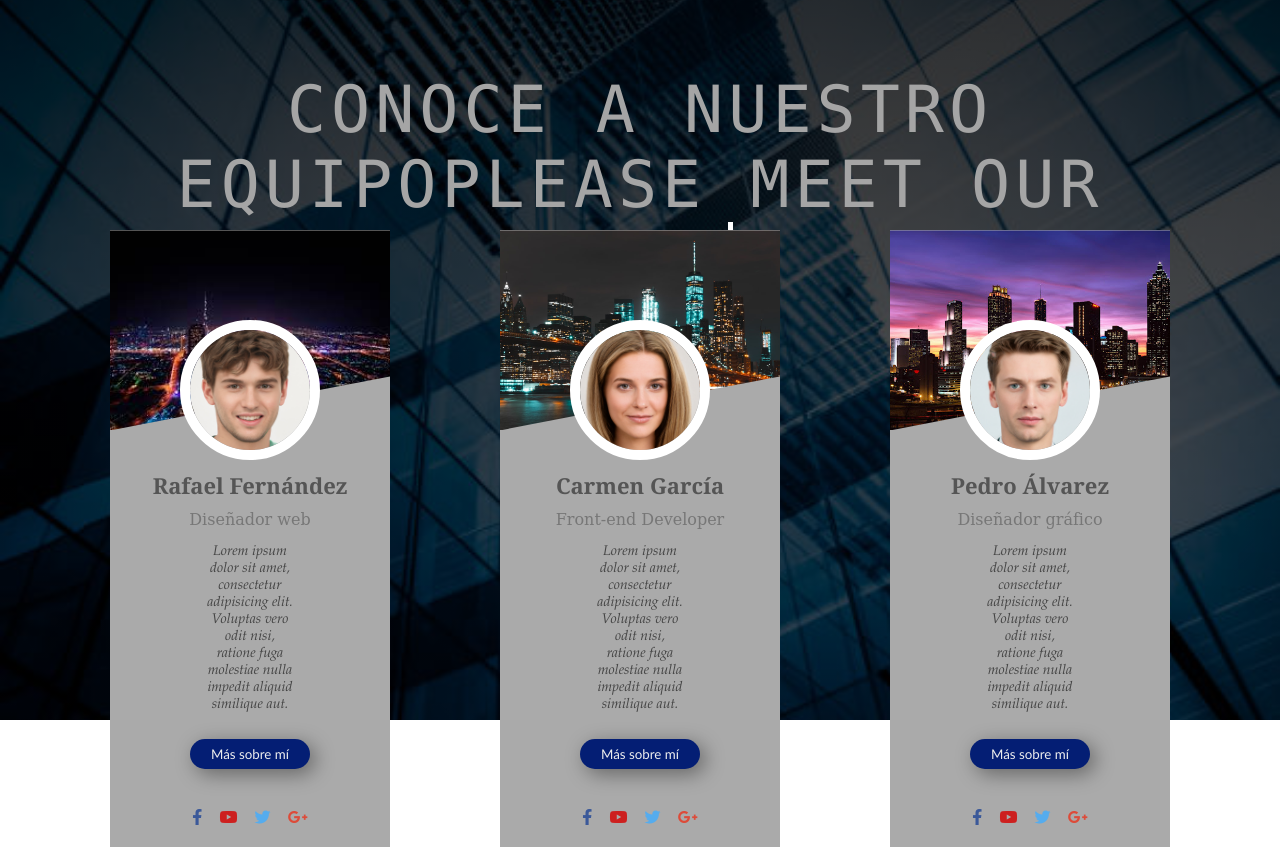
Repository: RaquelAlvarezz/Ejercicios-FormawebIV
Page: Equipo/index.html
These files come from the project's save history. The page is drawn as it stood at one moment and after the next save; the edit follows.
The browser window is 1280 px wide. The pictures show the whole page.

Above is the page before, as saved 2021-11-23 14:52:59.

### Equipo/index.html
<!DOCTYPE html>
<html lang="es">
<head>
  <meta charset="UTF-8">
  <meta http-equiv="X-UA-Compatible" content="IE=edge">
  <meta name="viewport" content="width=device-width, initial-scale=1.0">
  <title>Tarjetas equipo</title>
  <link rel="stylesheet" href="css/styles.css">
  <link rel="stylesheet" href="https://use.fontawesome.com/releases/v5.15.0/css/all.css" integrity="sha384-OLYO0LymqQ+uHXELyx93kblK5YIS3B2ZfLGBmsJaUyor7CpMTBsahDHByqSuWW+q" crossorigin="anonymous">
  <link rel="icon" href="https://w7.pngwing.com/pngs/506/152/png-transparent-computer-icons-teamwork-teamwork-miscellaneous-hand-logo-thumbnail.png">
</head>
<body cz-shortcut-listen="true">
	<div class="container">
		<div class="heading">Conoce a nuestro equipo</div>
		<div class="cards-wrapper">
			<div class="card">
				<img src="img/descarga.jpg" class="image-top" alt="">
				<img src="img/Rafa.jpg" class="profile-image" alt="">
				<h1 class="fullname">Rafael Fernández</h1>
				<p class="job">Diseñador web</p>
				<p class="about-me">Lorem ipsum dolor sit amet, consectetur adipisicing elit. Voluptas vero odit nisi, ratione fuga molestiae nulla impedit aliquid similique aut.</p>
				<button type="button">Más sobre mí</button>
				<ul class="social-icons">
					<li><a href="#"><i class="fab fa-facebook-f"></i></a></li>
					<li><a href="#"><i class="fab fa-youtube"></i></a></li>
					<li><a href="#"><i class="fab fa-twitter"></i></a></li>
					<li><a href="#"><i class="fab fa-google-plus-g"></i></a></li>
				</ul>
			</div>
			<div class="card">
				<img src="img/photo-1500632907344-a073709b2448.jpg" class="image-top" alt="">
				<img src="img/Carmen.jpg" class="profile-image" alt="">
				<h1 class="fullname">Carmen García</h1>
				<p class="job">Front-end Developer</p>
				<p class="about-me">Lorem ipsum dolor sit amet, consectetur adipisicing elit. Voluptas vero odit nisi, ratione fuga molestiae nulla impedit aliquid similique aut.</p>
				<button type="button">Más sobre mí</button>
				<ul class="social-icons">
					<li><a href="#"><i class="fab fa-facebook-f"></i></a></li>
					<li><a href="#"><i class="fab fa-youtube"></i></a></li>
					<li><a href="#"><i class="fab fa-twitter"></i></a></li>
					<li><a href="#"><i class="fab fa-google-plus-g"></i></a></li>
				</ul>
			</div>
			<div class="card">
				<img src="img/unnamed.jpg" class="image-top" alt="">
				<img src="img/Pedro.jpg" class="profile-image" alt="">
				<h1 class="fullname">Pedro Álvarez</h1>
				<p class="job">Diseñador gráfico</p>
				<p class="about-me">Lorem ipsum dolor sit amet, consectetur adipisicing elit. Voluptas vero odit nisi, ratione fuga molestiae nulla impedit aliquid similique aut.</p>
				<button type="button">Más sobre mí</button>
				<ul class="social-icons">
					<li><a href="#"><i class="fab fa-facebook-f"></i></a></li>
					<li><a href="#"><i class="fab fa-youtube"></i></a></li>
					<li><a href="#"><i class="fab fa-twitter"></i></a></li>
					<li><a href="#"><i class="fab fa-google-plus-g"></i></a></li>
				</ul>
			</div>
		</div>
	</div>
	<script src="js/script.js"></script>
</body>
</html>

### Equipo/css/styles.css
@charset "utf-8";
/* CSS Document */

*{
	margin: 0;
	padding: 0;
}

.container{
	width: 100%;
	height: 100vh;
	background: linear-gradient(rgb(0, 0, 0, .8), rgba(0, 0, 0, .6)), url("/Equipo/img/istockphoto-902746420-612x612.jpg") center no-repeat;
	background-size: cover;
}

.heading{
	color: rgb(165, 165, 165);
	font-size: 70px;
	position: absolute;
	top: 10%;
	left: 50%;
	transform:  translateX(-50%);
	font-family: Consolas, "Andale Mono", "Lucida Console", "Lucida Sans Typewriter", Monaco, "Courier New", "monospace";
	text-transform: uppercase;
	letter-spacing: 5px;
	text-align: center;
	white-space: pre-wrap;
}

.heading::after{
	content: '';
	width: 5px;
	height: 55px;
	background-color: #fff;
	position: absolute;
	animation: blinking 1s 3s infinite;
}

@keyframes blinking{
	0%{background-color: #FFFFFF}
	50%{background-color: transparent}
	100%{background-color: #fff}
}

.cards-wrapper{
	width: 80%;
	display: flex;
	justify-content: space-evenly;
	position: relative;
	top: 35%;
	left: 50%;
	transform: translateX(-50%);
}

.card{
	width:  280px;
	background-color: rgb(170, 170, 170);
	display: flex;
	flex-direction: column;
	align-items: center;
	justify-content: space-evenly;
	transition: transform .5s;
}

@keyframes cardAnim{
	0%{opacity: 0}
	100%{opacity: 1}
}

.card:nth-child(1){
	animtion: cardAnim 2s 3s backwards;
}

.card:nth-child(2){
	animtion: cardAnim 2s 3.5s backwards;
}

.card:nth-child(3){
	animtion: cardAnim 2s 4s backwards;
}

.card:hover{
	transform: scale(1.1);
}

.image-top{
	width: 100%;
	height: 220px;
	object-fit: cover;
	-webkit-clip-path: polygon(0 0, 100% 0, 100% 73%, 0% 100%);
	clip-path: polygon(0 0, 100% 0, 100% 73%, 0% 100%);
}

.profile-image{
	width: 120px;
	height: 120px;
	object-fit: cover;
	border-radius: 50%;
	margin-top: -110px;
	z-index: 10;
	border: 10px solid rgb(255, 255, 255);
}

.card h1{
	font-family: Cambria, "Hoefler Text", "Liberation Serif", Times, "Times New Roman", "serif";
	font-size: 22px;
	color: #555;
	margin: 10px;
}

.job{
	font-family: Constantia, "Lucida Bright", "DejaVu Serif", Georgia, "serif";
	color: #777;
	font-weight: 300;
}

.about-me{
	font-family: Baskerville, "Palatino Linotype", Palatino, "Century Schoolbook L", "Times New Roman", "serif";
	font-size: 14px;
	width: 90px;
	margin: 15px 0;
	font-style: italic;
	color: #444;
	text-align: center;
}

.card button{
	width: 120px;
	padding: 7px;
	margin: 10px 0;
	background-color: rgb(4, 30, 116);
	border: none;
	outline: none;
	border-radius: 25px;
	font-family: "Gill Sans", "Gill Sans MT", "Myriad Pro", "DejaVu Sans Condensed", Helvetica, Arial, "sans-serif";
	color: #eee;
	box-shadow: 5px 5px 20px rgba(0, 0, 0, .4);
}

.card:hover button{
	animation: buttonRotation 2s 1s linear;
}

@keyframes buttonRotation{
	0% {transform: scale(1) rotateZ(0)}
    5% {transform: scale(1.2) rotateZ(5deg)}
    10% {transform: scale(1.2) rotateZ(-5deg)}
    15% {transform: scale(1.2) rotateZ(5deg)}
    20% {transform: scale(1.2) rotateZ(-5deg)}
    25% {transform: scale(1.2) rotateZ(5deg)}
    30% {transform: scale(1.2) rotateZ(-5deg)}
    35% {transform: scale(1.2) rotateZ(5deg)}
    40% {transform: scale(1.2) rotateZ(-5deg)}
    45% {transform: scale(1.2) rotateZ(5deg)}
    50% {transform: scale(1.2) rotateZ(-5deg)}
    55% {transform: scale(1.2) rotateZ(5deg)}
    60% {transform: scale(1.2) rotateZ(-5deg)}
    65% {transform: scale(1.2) rotateZ(5deg)}
    70% {transform: scale(1.2) rotateZ(-5deg)}
    75% {transform: scale(1.2) rotateZ(5deg)}
    80% {transform: scale(1.2) rotateZ(-5deg)}
    85% {transform: scale(1.2) rotateZ(5deg)}
    90% {transform: scale(1.2) rotateZ(-5deg)}
    95% {transform: scale(1.2) rotateZ(5deg)}
    100% {transform: scale(1) rotateZ(0)}
}

.social-icons{
	width: 150px;
	list-style: none;
	display: flex;
	justify-content: space-evenly;
	margin: 10px 0 20px 0;
	boder-top: 1px solid #999;
	padding-top: 20px;
}

.fa-facebook-f{
	color: #3b5999;
}

.fa-youtube{
	color: #cd201f;
}

.fa-twitter{
	color: #55acee;
}

.fa-google-plus-g{
	color: #dd4b39;
}

@media(max-width: 1300px){
	.heading{
		font-size: 65px;
		width: 80%;
	}
	.cards-wrapper{
		width: 100%;
		top: 32%;
	}
	.image-top{
		height: 200px;
	}
}

@media(max-width: 1000px){
	.container{
		height: 100%;
	}
	.heading{
		width: 90%;
	}
	.cards-wrapper{
		flex-wrap: wrap;
		padding:300px 0 200px 0;
	}
	.card{
		margin: 0 30px 50px 30px;
	}
}

@media(max-width: 700px){
	.heading{
		font-size: 50px;
	}
	.heading::after{
		height: 40px;
	}
}

@media(max-width: 450px){
	.heading{
		font-size: 40px;
	}
	.heading::after{
		height: 33px;
	}
	.cards-wrapper{
		padding: 25px 0 150px 0;
	}
}

### Equipo/js/script.js
// JavaScript Document
const heading = 'Please Meet Our Team';
let i = 0;

const typing = () => {
	if(i < heading.length){
		document.querySelector('.heading').innerHTML += heading.charAt(i);
		i++;

		setTimeout(typing, 150);
	}
}

typing();

After the next save:
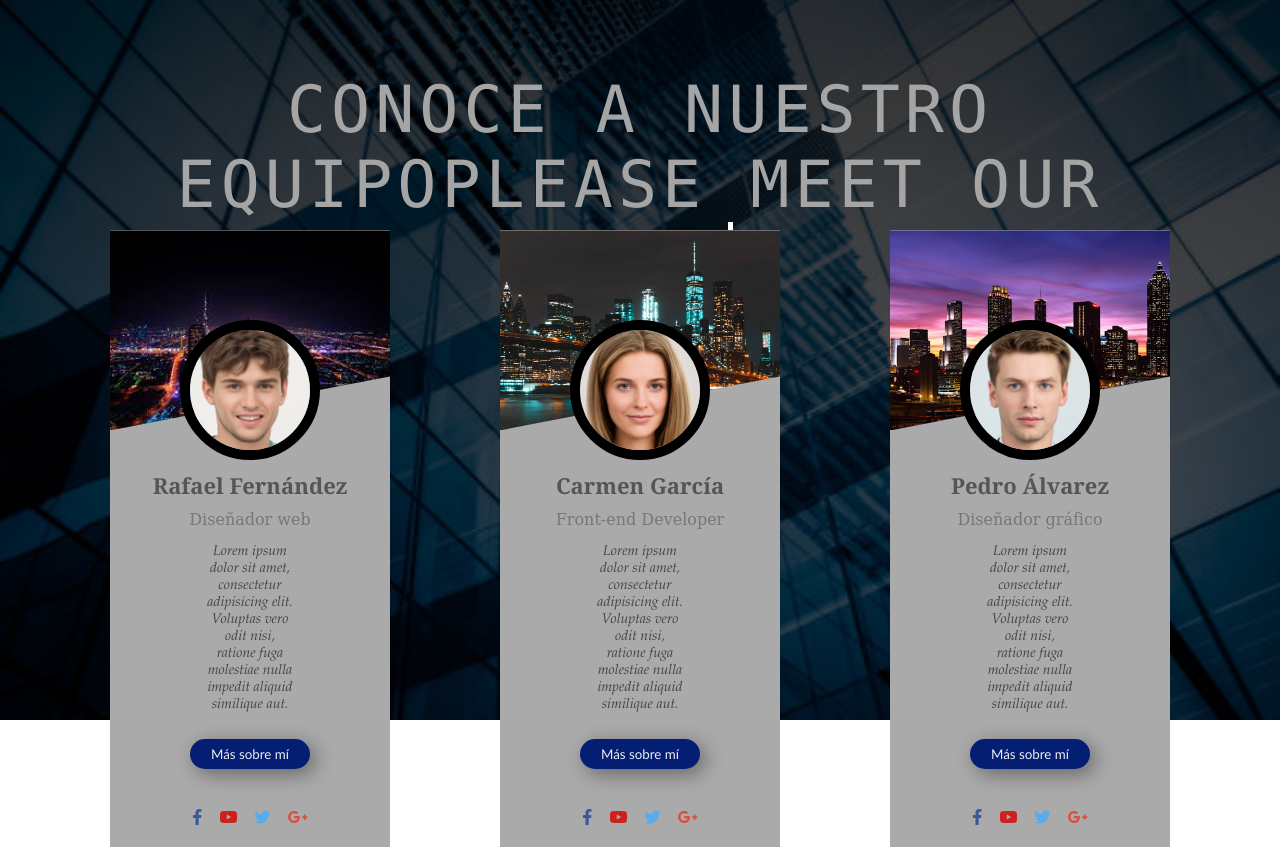
Saved 12 s later.
--- a/Equipo/css/styles.css
+++ b/Equipo/css/styles.css
@@ -98,7 +98,7 @@
 	border-radius: 50%;
 	margin-top: -110px;
 	z-index: 10;
-	border: 10px solid rgb(255, 255, 255);
+	border: 10px solid rgb(0, 0, 0);
 }
 
 .card h1{
